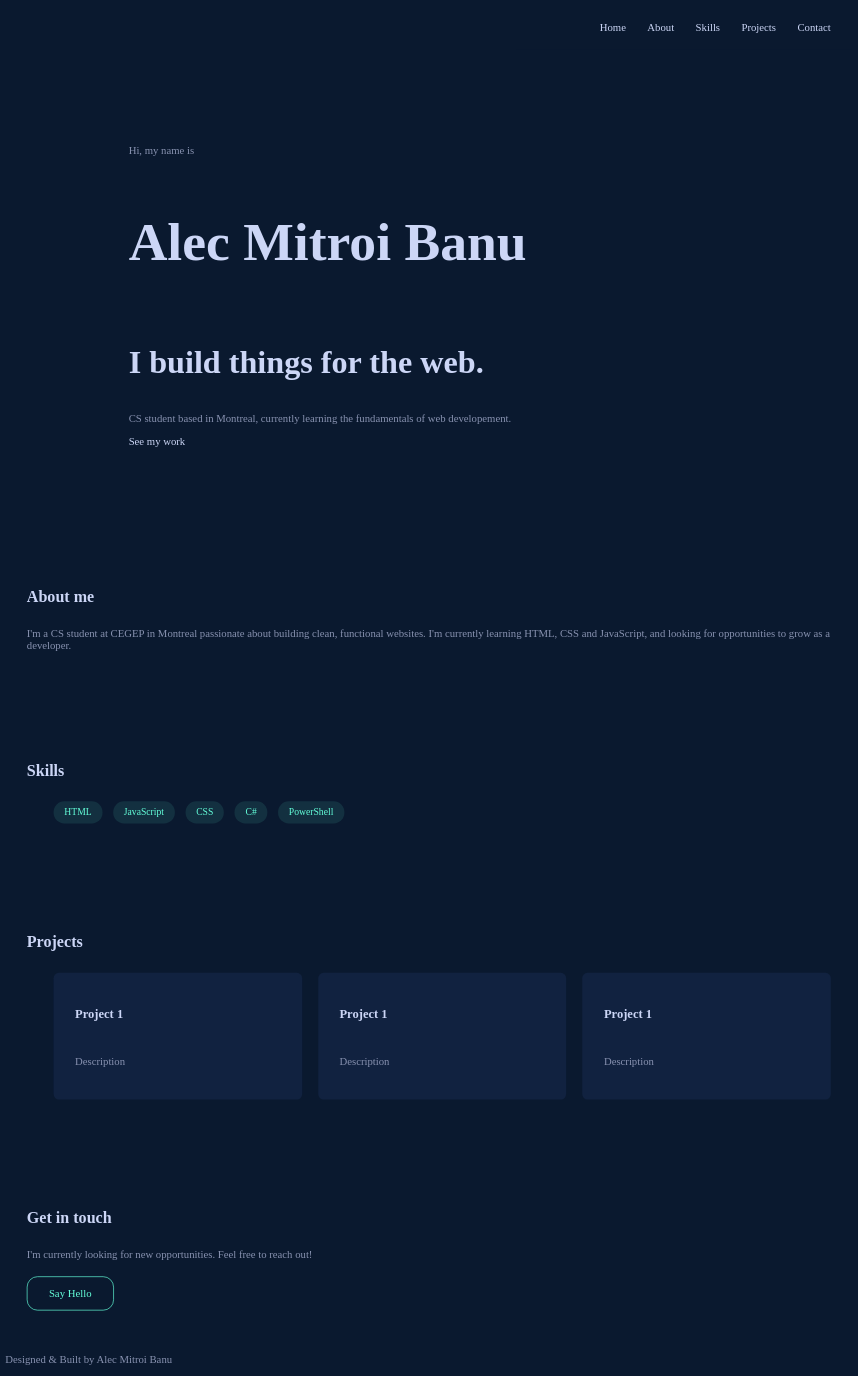
Repository: Alec-Banu/Alec-Banu
Page: index.html
These files come from the project's save history. The page is drawn as it stood at one moment and after the next save; the edit follows.
The browser window is 1280 px wide. The pictures show the whole page, at 67% of full size.

Above is the page before, as saved 2026-05-04 20:13:16.

### index.html
<!doctype html>
<html lang="en">
  <head>
    <meta charset="UTF-8" />
    <meta name="viewport" content="width=device-width, initial-scale=1.0" />
    <title>Alec Mitroi Banu</title>
    <link rel="stylesheet" href="./styles/globals.css" />
    <link rel="stylesheet" href="./styles/index.css" />
  </head>
  <body>
    <!-- Nav  -->
    <header>
      <nav>
        <a href="#hero">Home</a>
        <a href="#about">About</a>
        <a href="#skills">Skills</a>
        <a href="#projects">Projects</a>
        <a href="#contact">Contact</a>
      </nav>
    </header>

    <!-- Hero  -->

    <main>
      <section id="hero">
        <p>Hi, my name is</p>
        <h1>Alec Mitroi Banu</h1>
        <h2>I build things for the web.</h2>
        <p>
          CS student based in Montreal, currently learning the fundamentals of
          web developement.
        </p>
        <a href="#projects">See my work</a>
      </section>

      <!-- About  -->
      <section id="about">
        <h2>About me</h2>
        <p>
          I'm a CS student at CEGEP in Montreal passionate about building clean,
          functional websites. I'm currently learning HTML, CSS and JavaScript,
          and looking for opportunities to grow as a developer.
        </p>
      </section>

      <!-- Skills  -->
      <section id="skills">
        <h2>Skills</h2>
        <ul>
          <li>HTML</li>
          <li>JavaScript</li>
          <li>CSS</li>
          <li>C#</li>
          <li>PowerShell</li>
        </ul>
      </section>

      <!-- Projects -->
      <section id="projects">
        <h2>Projects</h2>
        <ul class="cards">
          <li>
            <article class="project-card">
              <h3>Project 1</h3>
              <p>Description</p>
            </article>
          </li>
          <li>
            <article class="project-card">
              <h3>Project 1</h3>
              <p>Description</p>
            </article>
          </li>
          <li>
            <article class="project-card">
              <h3>Project 1</h3>
              <p>Description</p>
            </article>
          </li>
        </ul>
      </section>

      <!-- Contact -->
      <section id="contact">
        <h2>Get in touch</h2>
        <p>
          I'm currently looking for new opportunities. Feel free to reach out!
        </p>
        <a href="mailto:alecbanu@yahoo.com">Say Hello</a>
      </section>
    </main>
    <footer>
      <p>Designed & Built by Alec Mitroi Banu</p>
    </footer>
  </body>
</html>

### styles/globals.css
body {
  background-color: #0a192f;
}

/* TODO - move to globals for re-use */

h1 {
  font-size: 2rem;
  color: #ccd6f6;
}
h2 {
  font-size: 1.5rem;
  color: #8892b0;
}
p {
  color: #8892b0;
  margin: 1rem 0;
}

a {
  text-decoration: none;
  color: #ccd6f6;
}

### styles/index.css
/* NAVIGATION ****************************/

nav {
  display: flex;
  gap: 2rem;
  padding: 1.5rem 2rem;
  justify-content: flex-end;

  background-color: #0a192f;
}

header {
  position: sticky;
  top: 0;
  right: 0;
}

/* CONTENT ****************************/

#hero {
  min-height: 100vh;
  display: flex;
  flex-direction: column;
  justify-content: center;
  padding: 0 2rem;
  max-width: 56rem;
  margin: 0 auto;
}

section {
  padding: 4rem 2rem;

  h2 {
    font-size: 1.5rem;
    margin-bottom: 2rem;
    color: #ccd6f6;
  }
}

#skills {
  ul {
    display: flex;
    flex-wrap: wrap;
    gap: 1rem;
  }
  li {
    background-color: #64ffda1a;
    color: #64ffda;
    padding: 0.5rem 1rem;
    border-radius: 1rem;
    font-size: 0.9rem;
    list-style: none;
  }
}

#projects {
  .cards {
    display: grid;
    grid-template-columns: 1fr;
    gap: 1.5rem;
    list-style: none;
  }
  .project-card {
    background-color: #112240;
    padding: 2rem;
    border-radius: 0.5rem;
    display: flex;
    flex-direction: column;
    gap: 1rem;

    h3 {
      color: #ccd6f6;
    }
    p {
      color: #8892b0;
    }
  }
}

#contact {
  a {
    border: 0.1rem solid #64ffda;
    color: #64ffda;
    padding: 1rem 2rem;
    border-radius: 1rem;
  }
  a:hover {
    background-color: #64ffda1a;
    text-decoration: none;
  }
  p {
    margin-bottom: 2.5rem;
  }
}

/* Tablet */

@media (min-width: 768px) {
  #hero h1 {
    font-size: 3.5rem;
  }
  #hero h2 {
    font-size: 2.5rem;
  }
  #projects .cards {
    grid-template-columns: 1fr 1fr;
  }
}

/* Desktop */

@media (min-width: 1024px) {
  #hero h1 {
    font-size: 5rem;
  }
  #hero h2 {
    font-size: 3rem;
  }
  #projects .cards {
    grid-template-columns: 1fr 1fr 1fr;
  }
}

After the next save:
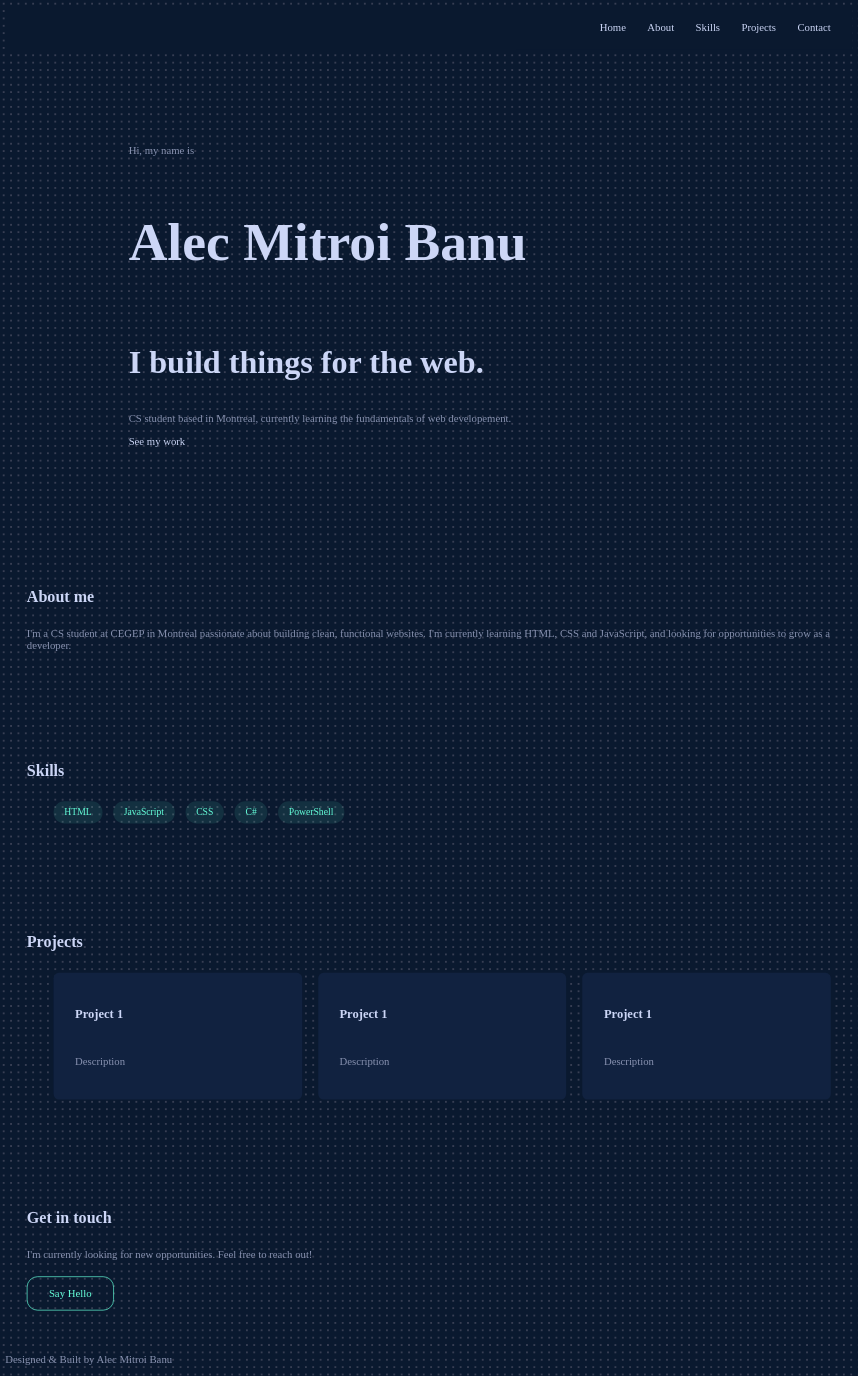
Saved 16 h 7 min later.
--- a/styles/globals.css
+++ b/styles/globals.css
@@ -1,5 +1,8 @@
 body {
   background-color: #0a192f;
+  background-image: radial-gradient(circle, #373e53 1.5px, transparent 1.5px);
+  background-size: 11px 11px;
+
 }
 
 /* TODO - move to globals for re-use */

After the save that followed:
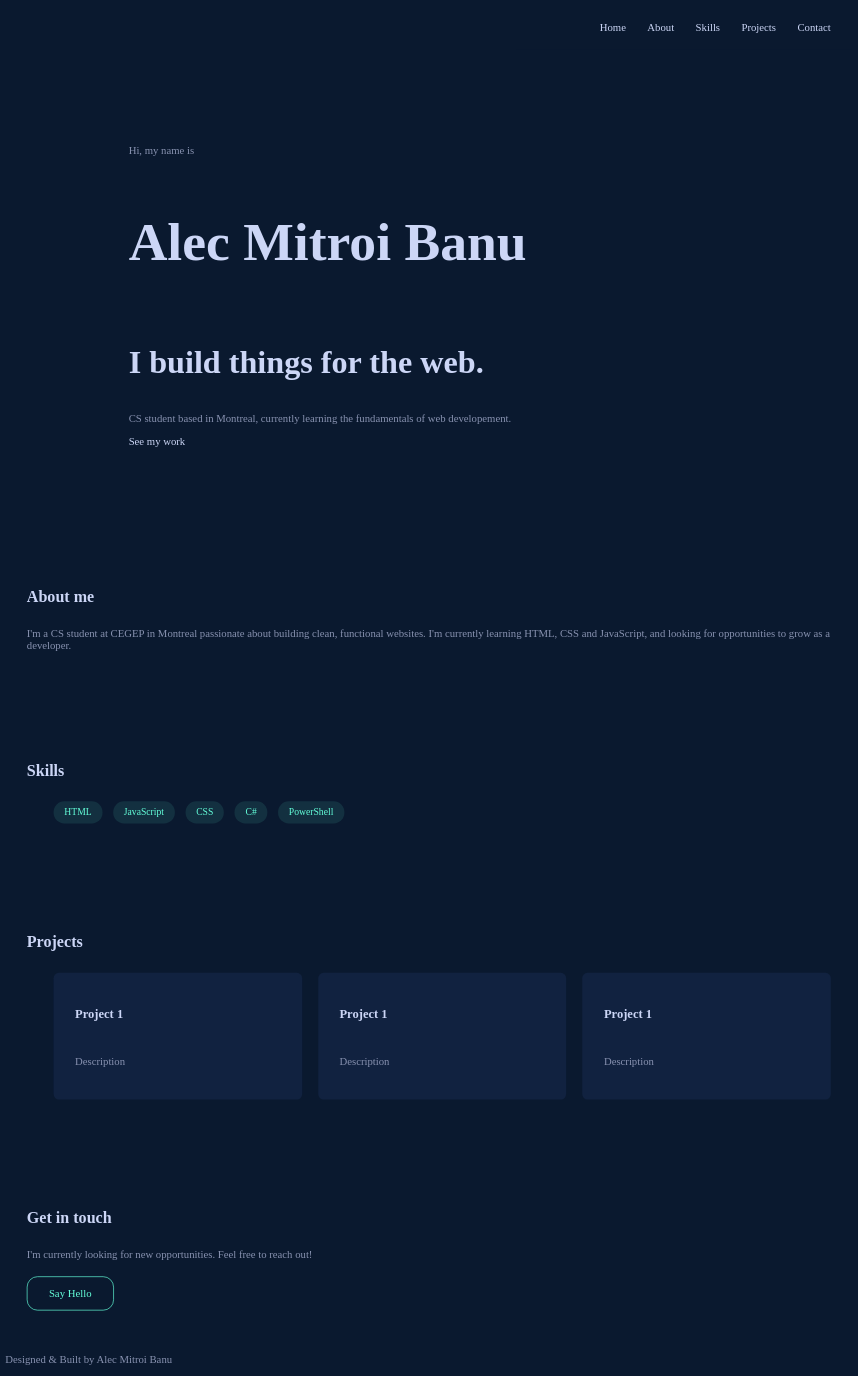
Saved 2 min 12 s later.
--- a/styles/globals.css
+++ b/styles/globals.css
@@ -1,8 +1,5 @@
 body {
   background-color: #0a192f;
-  background-image: radial-gradient(circle, #373e53 1.5px, transparent 1.5px);
-  background-size: 11px 11px;
-
 }
 
 /* TODO - move to globals for re-use */
